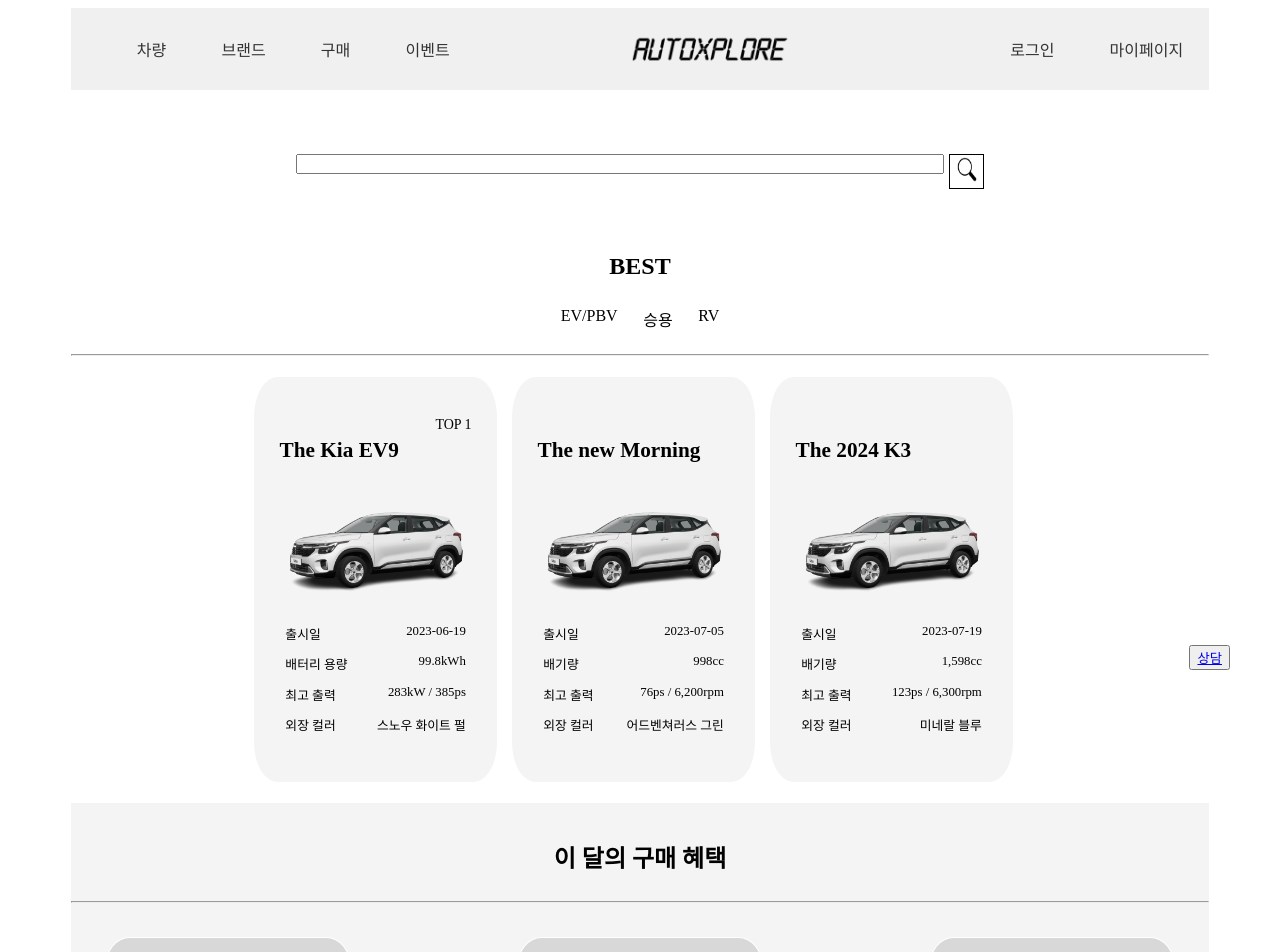
Repository: Autoxplore/Autoxplore
Page: mainPage.html
An editor plug-in stored every save of this project. The page is shown before and after the next save, followed by the edit.
The browser window is 1280 px wide. The pictures show the part of the page from y = 0 to 952 px (the page is 2790 px tall).
The pointer rests on the first visible `.car1`.
A picture or video elsewhere on the page could not be fetched, so the positions and the page height are approximate.

Above is the page before, as saved 2023-08-03 14:33:02.

After the next save:
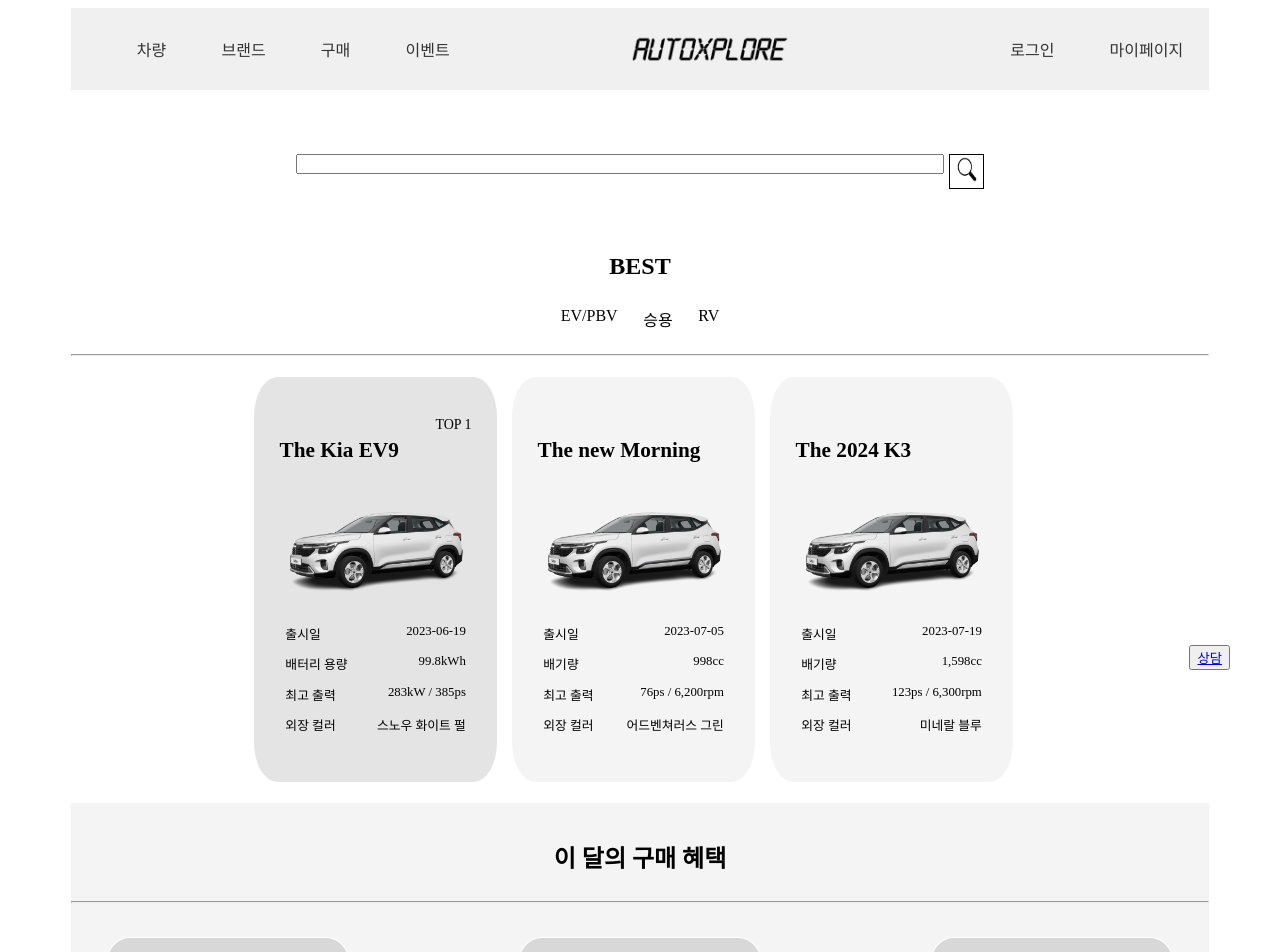
Saved 5 s later.
--- a/harin_css/mainPage.css
+++ b/harin_css/mainPage.css
@@ -137,7 +137,7 @@
     }
 
     .car1:hover{
-        background-color: rgba(192, 192, 192, 0.185);
+        background-color: rgba(109, 109, 109, 0.185);
 
     }
 
